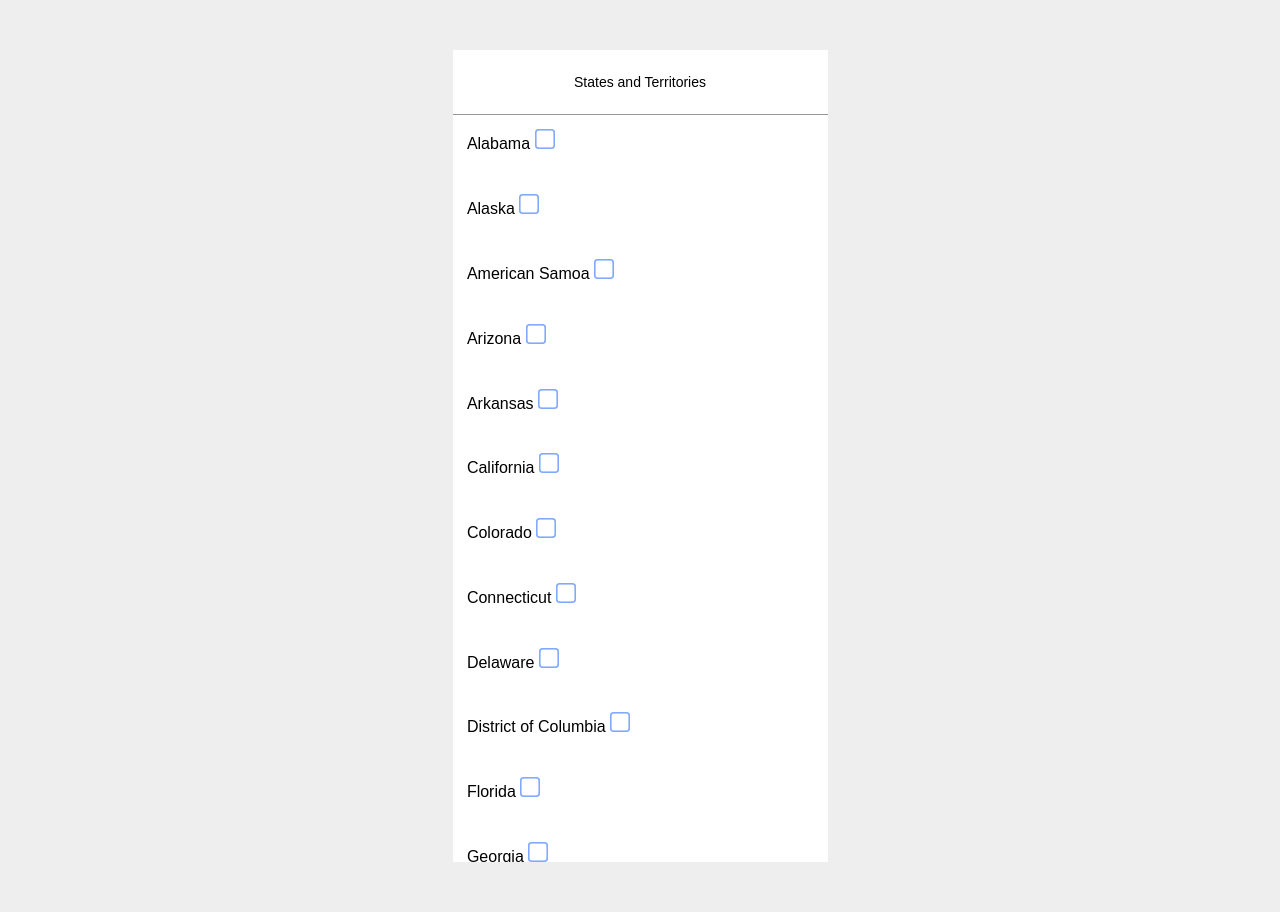
Repository: zitac234/codingTest
Page: /
The author's editor kept a copy of each file at every save. The page is drawn from the files as they stood at one save, then again after a run of saves.
The browser window is 1280 px wide. The pictures show the whole page.
The project was rebuilt for these pictures with package versions that can differ from the ones it lists, and the page was loaded fresh each time.

Above is the page before, as saved 2021-03-31 15:08:12.

### src/index.css
body {
  margin: 0;
  font-family: 'Arial', sans-serif;
  -webkit-font-smoothing: antialiased;
  -moz-osx-font-smoothing: grayscale;
  background-color: #eee;
}

### src/Header.js
import "./Header.css";

export function Header() {
  return (
    <header className="header">
      <span className="title">States and Territories</span>
    </header>
  );
}

### src/List.js
import { Fragment } from "react";
import { Checkbox } from "./Checkbox";
import "./List.css";
export function List(props) {
  return (
    <div className="list">
      {props.items.map((item) => (
        <Fragment key={item}>
          <div className='state'>
          {item} <Checkbox/><br />
          {/* You also have <Checkbox selected={false} /> */}
          </div>
          </Fragment>
      ))}
    </div>
  );
}

### src/_data.js
export const data = [
  "Alabama",
  "Alaska",
  "American Samoa",
  "Arizona",
  "Arkansas",
  "California",
  "Colorado",
  "Connecticut",
  "Delaware",
  "District of Columbia",
  "Florida",
  "Georgia",
  "Guam",
  "Hawaii",
  "Idaho",
  "Illinois",
  "Indiana",
  "Iowa",
  "Kansas",
  "Kentucky",
  "Louisiana",
  "Maine",
  "Maryland",
  "Massachusetts",
  "Michigan",
  "Minnesota",
  "Mississippi",
  "Missouri",
  "Montana",
  "Nebraska",
  "Nevada",
  "New Hampshire",
  "New Jersey",
  "New Mexico",
  "New York",
  "North Carolina",
  "North Dakota",
  "Northern Mariana Islands",
  "Ohio",
  "Oklahoma",
  "Oregon",
  "Pennsylvania",
  "Puerto Rico",
  "Rhode Island",
  "South Carolina",
  "South Dakota",
  "Tennessee",
  "Texas",
  "Utah",
  "Vermont",
  "Virgin Islands",
  "Virginia",
  "Washington",
  "West Virginia",
  "Wisconsin",
  "Wyoming"
]

### src/Header.css
.header {
  width: 100%;
  font-size: 14px;
  display: flex;
  border-bottom: 1px solid #979797;
}

.title {
  line-height: 24px;
  margin: 20px auto;
}

### src/Checkbox.js
import selected from "./Checkbox-Filled.svg";
import unselected from "./Checkbox-Empty.svg";

export function Checkbox(props) {
  return (
    <img
      width={20}
      height={20}
      src={props.selected ? selected : unselected}
      alt={`Checkbox ${selected ? "selected" : "unselected"}`}
    />
  );
}

### src/List.css
.list {
  flex: 1;
  overflow: auto;
}
.state{
  height: 7vh;
  margin: 2vh 0vh  0vh 2vh;
}

Loaded but not shown: public/index.html (common file); src/index.js (common file); src/App.js (common file); src/App.css (common file)

After the next 2 saves:
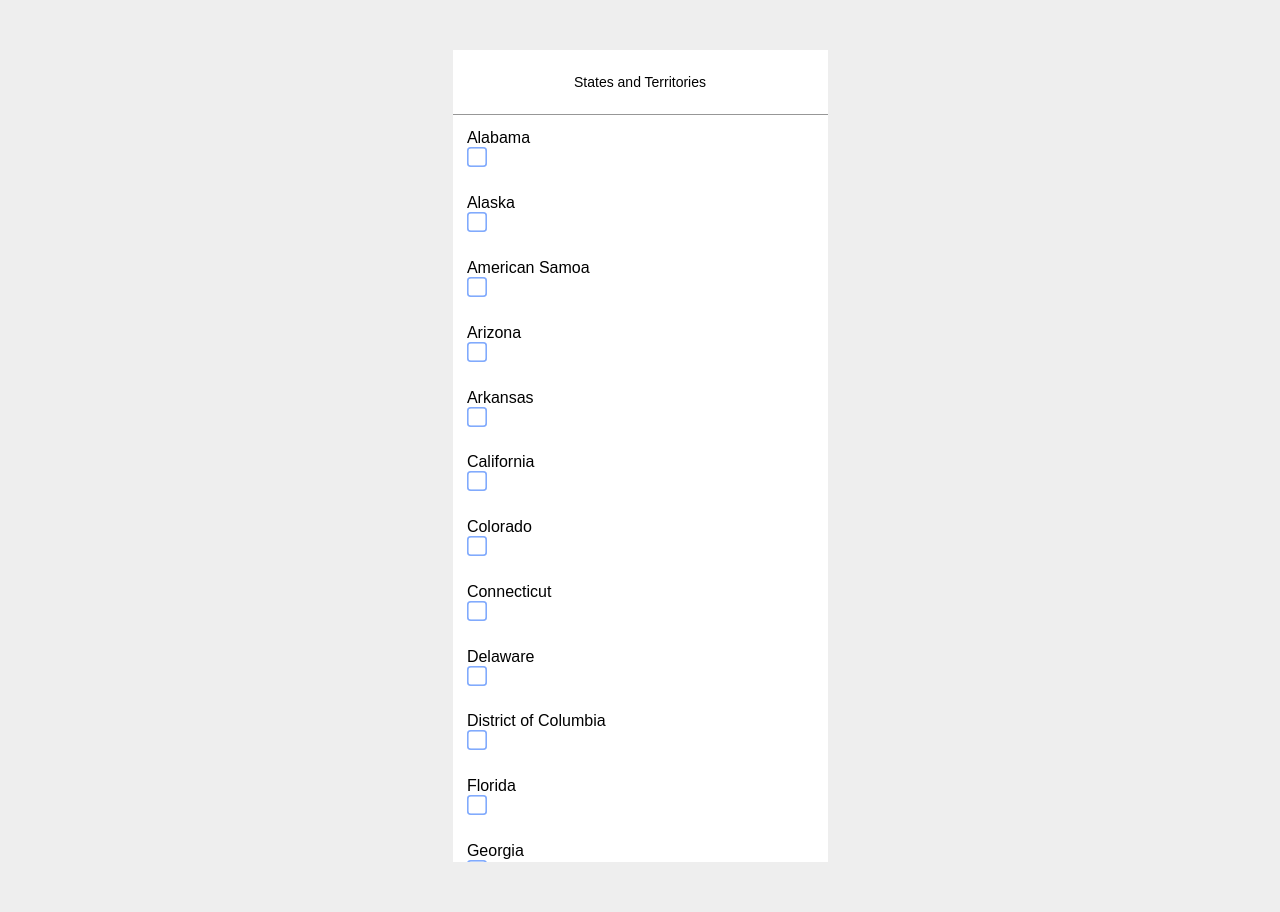
The 2 saves are shown as one change because they came seconds apart.
The last was saved 9 s later.
--- a/src/List.js
+++ b/src/List.js
@@ -7,7 +7,7 @@ export function List(props) {
       {props.items.map((item) => (
         <Fragment key={item}>
           <div className='state'>
-          {item} <Checkbox/><br />
+          {item} <div></div><Checkbox/><br />
           {/* You also have <Checkbox selected={false} /> */}
           </div>
           </Fragment>
